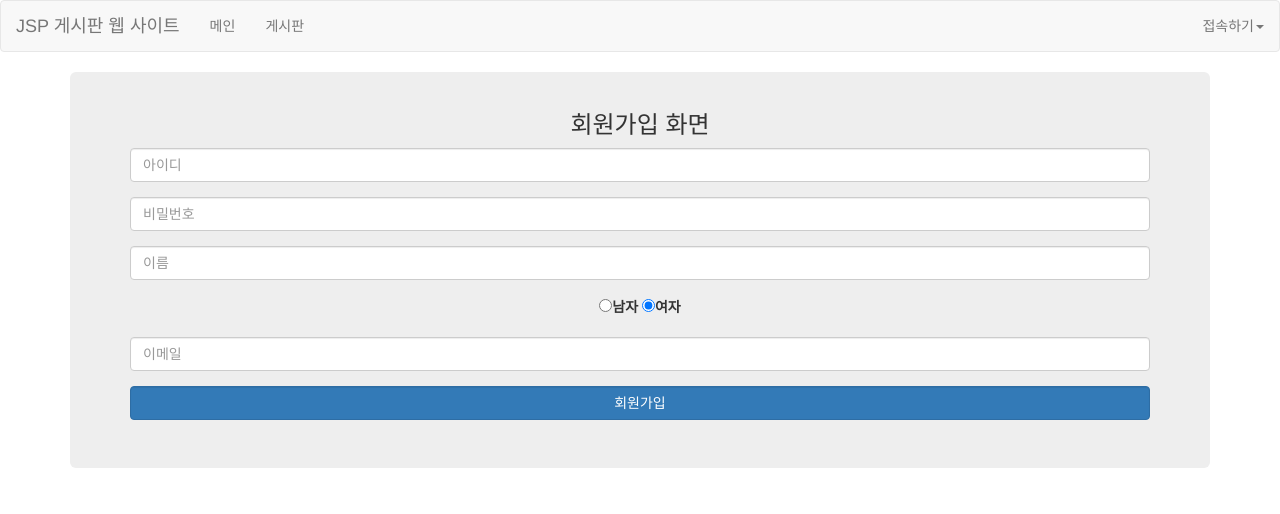
Repository: JoYuKang/Clone_Code
Page: http://localhost/BBS/join.jsp
The author's editor kept a copy of each file at every save. The page is drawn from the files as they stood at one save, then again after the next save.
The browser window is 1280 px wide. The pictures show the whole page.
Some web libraries are served in a nearby version. The page is served by Tomcat 9.

Above is the page before, as saved 2021-01-16 17:08:00.

After the next save:
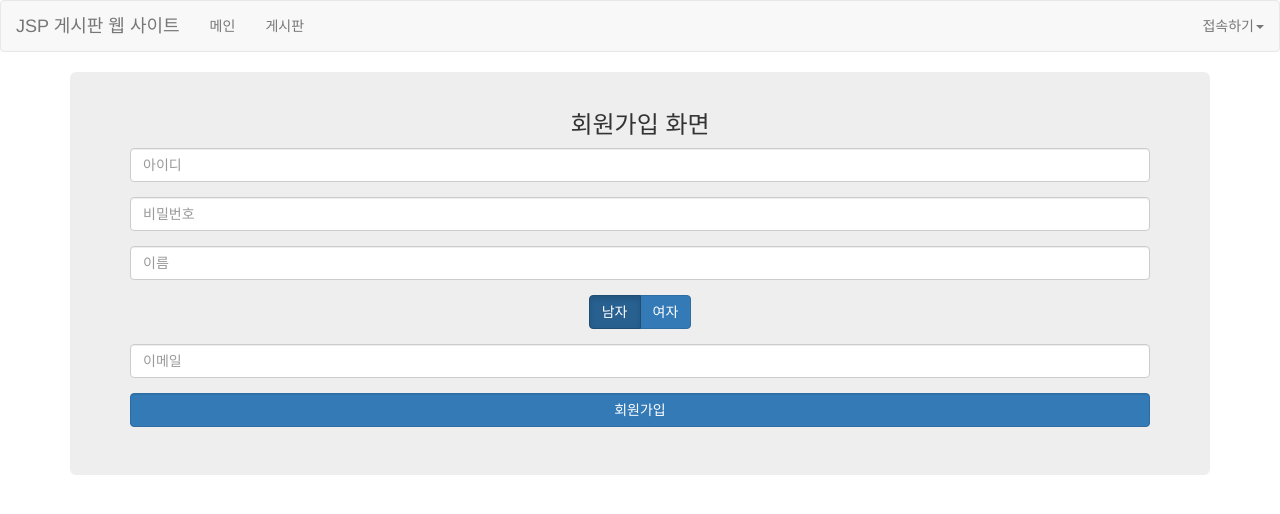
Saved 40 s later.
--- a/게시판/JSP/project/BBS/WebContent/join.jsp
+++ b/게시판/JSP/project/BBS/WebContent/join.jsp
@@ -54,10 +54,10 @@
 				</div>
 				<div class="form-group" style="text-align: center;">
 					<div class="btn-group" data-toggle="buttons">
-						<label>
+						<label class="btn btn-primary active">
 							<input type="radio" name ="userGender" autocomplete="off" value="남자" checked>남자
 						</label>
-						<label>
+						<label class="btn btn-primary">
 							<input type="radio" name ="userGender" autocomplete="off" value="여자" checked>여자
 						</label>
 					</div>
